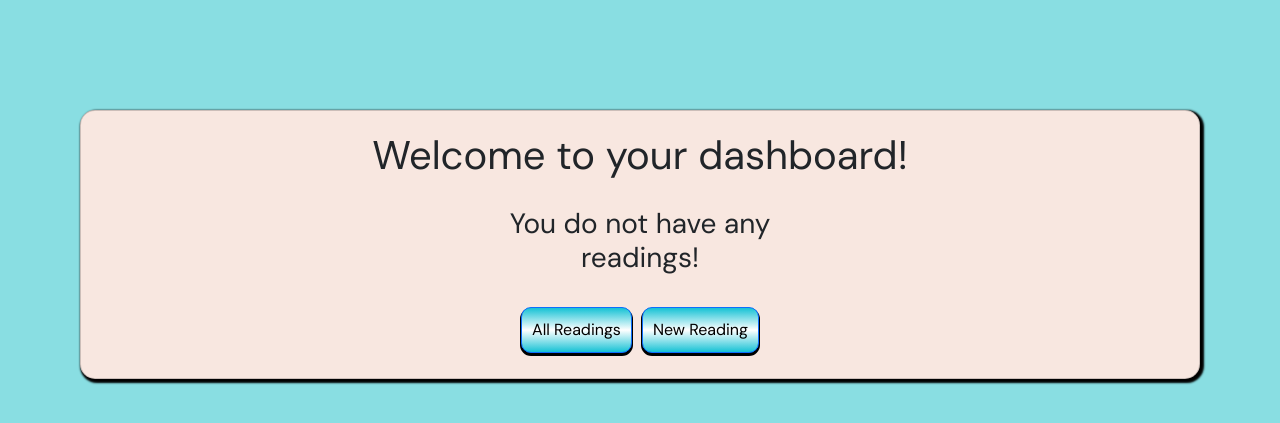
Repository: aiodell/my-glucose-checkup
Page: /dashboard (app in client/)
These files come from the project's save history. The page is drawn as it stood at one moment and after the next save; the edit follows.
The browser window is 1280 px wide. The pictures show the whole page.
The page's requests for data from a server got no answer. The project was rebuilt for these pictures with package versions that can differ from the ones it lists, and the page was loaded fresh each time. No one was signed in, and anything a server would have sent is missing. Also part of the build but not shown: client/src/components/Login.js, client/src/components/Signup.js, client/src/components/AllReadings.js, client/src/components/NewReading.js, client/src/components/Home.js, client/src/components/BglUpdateForm.js, client/src/components/BglEventDetails.js, client/src/components/NewBglEvent.js and 8 more.

Above is the page before, as saved 2022-10-06 07:08:43.

### client/src/index.js
import React from 'react';
import ReactDOM from 'react-dom/client';
import {BrowserRouter as Router} from "react-router-dom";
import 'bootstrap/dist/css/bootstrap.min.css';
import App from './App';

const root = ReactDOM.createRoot(document.getElementById('root'));
root.render(
  <React.StrictMode>
  <Router>
    <App />
  </Router>
  </React.StrictMode>
);

### client/src/App.js
import { useState, useEffect } from "react"
import { Switch, Route, useHistory } from "react-router-dom"
import NavBar from "./components/NavBar"
import Login from "./components/Login"
import Signup from "./components/Signup"
import Dashboard from "./components/Dashboard"
import AllReadings from "./components/AllReadings"
import NewReading from "./components/NewReading"
import Home from "./components/Home"
import BglEventDetails from "./components/BglEventDetails"
import NewBglEvent from "./components/NewBglEvent"
import Events from "./components/Events"
import UserProfile from "./components/UserProfile"
import CreateProfile from "./components/CreateProfile"
import AllUsers from "./components/AllUsers"
import './styles.css'

const App = () => {
  const [currentUser, setCurrentUser] = useState("")
  const [readings, setReadings] = useState([])
  const [events, setEvents] = useState([])
  const [users, setUsers] = useState([])
  const [following, setFollowing] = useState([])
  const history = useHistory()

  useEffect( () => {
    fetch(`/auto-login`)
    .then((r) => {
      if (r.ok) {
        r.json().then((user) => setCurrentUser(user))
      }else{
        history.push("/login")
      }
    })
  }, [ ])

	useEffect(() => {
		fetch("/events")
		.then((r) => r.json())
		.then(setEvents)
	}, [])

  useEffect(() => {
		fetch("/bgls")
		.then((r) => r.json())
		.then(setReadings)
	}, [])

  useEffect(() => {
    fetch("/users")
    .then((r) => r.json())
    .then(setUsers)
  }, [])

  useEffect(() => {
    fetch("/relationships")
    .then((r) => r.json())
    .then(setFollowing)
  }, [])

  const updateUser = (user) => setCurrentUser(user)

  const addNewReading = (newReading) => {setReadings(readings => [...readings, newReading])}

  const deleteReading = (deletedReading) => {
    setReadings((readings) => readings.filter((reading) => reading.id !== deletedReading))
  }

  const deleteEvent = (deletedEvent) => {
    setEvents((events) => events.filter((event) => event.id !== deletedEvent))
  }

  const updateBgl = (updatedBgl) => {
    setReadings((readings) => readings.map(bgl => bgl.id === updatedBgl.id ? updatedBgl : bgl))
  }

  // add follower to list
  const addNewFollow = (newFollow) => {
    setFollowing(following => [...following, newFollow])
    const copyOfCurrentUser = {...currentUser}
    copyOfCurrentUser.followees.push(newFollow)
    setCurrentUser(copyOfCurrentUser)
  }

  // delete follower from the list
  const deleteFollow = (deletedFollow) => {
    setFollowing((following) => following.filter((following) => following.id !== deletedFollow))
  }

  const removeCurrentFollowing = (deletedFollowee) => {
    const copyOfCurrentUser = {...currentUser}
    copyOfCurrentUser.followees = copyOfCurrentUser.followees.filter(followee => followee.followee_id !== deletedFollowee.followee_id)
    setCurrentUser(copyOfCurrentUser)
  }

   return (
   <div>
    <NavBar
      currentUser = {currentUser}
      updateUser = {updateUser}
    />
    <Switch>
      <Route exact path = "/login">
        <Login updateUser = {updateUser}/>
      </Route>
      <Route exact path = "/signup">
        <Signup />
      </Route>
      <Route exact path = "/dashboard">
        <Dashboard
        currentUser = {currentUser}
        readings = {readings}
        setReadings = {setReadings}
        following = {following}  // will be used to display the highs and lows of a user being followed
        users = {users}
        />
      </Route>
      <Route exact path= "/bgls/all">
        <AllReadings
        readings = {readings}
        setReadings = {setReadings}
        />
      </Route>
      <Route exact path= "/bgls/new">
        <NewReading addNewReading= {addNewReading} />
      </Route>
      <Route exact path= "/bgls/:id/">
        <BglEventDetails
          updateBgl = {updateBgl}
          deleteReading= {deleteReading}
          readings = {readings}
        />
      </Route>
      <Route exact path="/bgls/:id/bgl_events/new">
        <NewBglEvent events= {events}/>
      </Route>
      <Route exact path="/events">
        <Events
          deleteEvent = {deleteEvent}
          events = {events}
          setEvents = {setEvents}
        />
      </Route>
      <Route exact path= "/me">
        <UserProfile
        currentUser = {currentUser}
        users = {users}
        />
      </Route>
      <Route exact path = "/create-profile">
        <CreateProfile />
      </Route>
      <Route exact path= "/users">
        <AllUsers
        currentUser = {currentUser}
        users = {users}
        addNewFollow = {addNewFollow}
        deleteFollow = {deleteFollow}
        removeCurrentFollowing ={removeCurrentFollowing}
        />
      </Route>
      <Route exact path="/">
        <Home
        currentUser = {currentUser}
        setCurrentUser = {setCurrentUser}/>
      </Route>
    </Switch>
   </div>
  )
}

export default App;

### client/src/components/NavBar.js
import { useHistory, NavLink } from 'react-router-dom'
import Container from "react-bootstrap/Container"
import Nav from 'react-bootstrap/Nav';
import Navbar from 'react-bootstrap/Navbar';
import '../styles.css';

const NavBar = ({updateUser, currentUser}) => {
	const history = useHistory()

	// log out only available when logged in
	const handleLogout = (e) => {
		fetch(`/logout`, {
			method: 'DELETE'
		})
		.then(() => {
			updateUser("")
			history.push('/')
		})
	}

	return(
		<>
		{currentUser ?
			<Navbar bg="dark" variant="dark" expand="lg">
			<Container className="nav-bar">
				<Navbar.Brand>My Glucose Checkup</Navbar.Brand>
				<Navbar.Toggle aria-controls="basic-navbar-nav" />
				<Navbar.Collapse id="basic-navbar-nav"></Navbar.Collapse>
					<Nav className="me-auto">
						<NavLink className="nav-link" to="/dashboard">
							<Nav.Item>Dashboard</Nav.Item>
						</NavLink>
						<NavLink className="nav-link" to="/bgls/all">
							<Nav.Item>My BGLs</Nav.Item>
						</NavLink>
						<NavLink className="nav-link" to="/bgls/new">
							<Nav.Item>New Reading</Nav.Item>
						</NavLink>
						<NavLink className="nav-link" to="/me">
							<Nav.Item>My Account</Nav.Item>
						</NavLink>
						<NavLink className="nav-link" to="/users">
							<Nav.Item>All Users</Nav.Item>
						</NavLink>
						<Nav.Link onClick={handleLogout}>Logout</Nav.Link>
					</Nav>
			</Container>
		</Navbar> : null }
		</>
	)
}

export default NavBar

### client/src/components/Dashboard.js
import { useState, useEffect } from "react"
import {useHistory, Link, NavLink } from "react-router-dom"
import Container from "react-bootstrap/Container"
import Card from "react-bootstrap/Card"
import Button from "react-bootstrap/Button"
import Col from 'react-bootstrap/Col';
import Row from 'react-bootstrap/Row';

const Dashboard = ({currentUser}) => {
	const[readings, setReadings] = useState([])
	const[errors, setErrors] = useState([])
	const history= useHistory()

	// get the bgls for the user
	useEffect(() => {
		fetch("/bgls")
		.then(r => {
			if(r.ok){
				r.json().then(data => setReadings(data))
			}else{
				r.json().then(data => {
					setErrors(data.errors)
					history.push("/login")
				})
			}
		})
	}, [ ])

	// sort the highest, lowest, and most current value
	const lowestValue = [...readings].sort((a,b) => a.value - b.value)
	const highestValue = [...readings].sort((a,b) => b.value - a.value)
	const highestId =[...readings].sort((a,b) => b.id - a.id)

	const average = (arr) => {
		const { length } = arr
		return arr.reduce((acc, val) => {
			return acc + (val.value/length)
		}, 0)
	}

	const renderAverage = parseInt(average(readings))

	const renderLowest = lowestValue.slice(0,1).map((num) => {
		return(
			<div>
				<h2 key={num.id}> Lowest: {num.value}</h2>
			<Link to= {`/bgls/${num.id}`} className="small-link"> View Details</Link>
			</div>
		)
	})

	const renderHighest = highestValue.slice(0,1).map((num)=> {
		return(
			<div>
				<h2 key={num.id}> Highest: {num.value}</h2>
				<Link to= {`/bgls/${num.id}`} className="small-link"> View Details</Link>
			</div>
		)
	})

	const renderCurrent = highestId.slice(0,1).map((num) => {
		return(
		<>
			<Card className="current-bgl">
				<Card.Body as="h1" key={num.id}> {num.value} </Card.Body>
			</Card>
			<Link to= {`/bgls/${num.id}`} className="small-link"> View Details</Link>
		</>
		)
	})

	// will return a dashboard alongside any highs and lows of followed users
	return(
		<Container className="container-style">
			{errors ? errors.map(e => <section>{e}</section>):null}
			<Card className="dash-container">
				{currentUser.first_name ? <h1 className="dash-title">
					Welcome to your dashboard, {currentUser.first_name} </h1>
					: <h1>Welcome to your dashboard!</h1> }
				{currentUser.admin ?
				<>
					<Row>
						<p>You are in admin mode</p>
							{renderCurrent}
					</Row>
						<Row className="low-high-avg">
							<Col>{renderLowest}</Col>
							<Col>
								{renderAverage === 0 ? <h3> You do not have any readings!</h3> :
								 	<h2> Average: {renderAverage}</h2>
								 }
							</Col>
							<Col>{renderHighest}</Col>
						</Row>
						<div>
							<NavLink to="/events">
								<Button className="btns" >All Events</Button>
							</NavLink>
							<NavLink to="/bgls/all">
								<Button className="btns">All Test Readings</Button>
							</NavLink>
							<NavLink to="/bgls/new">
								<Button className="btns">New Test Reading</Button>
							</NavLink>
						</div>
						<div>
							{/* Add updates from followed users here */}
						</div>
				</> :
				<>
					<Row>
						{renderCurrent}
					</Row>
						<Row className="low-high-avg">
							<Col>{renderLowest}</Col>
							<Col>
								{renderAverage === 0 ? <h3> You do not have any readings!</h3> :
								 	<h2> Average: {renderAverage}</h2>
								}
							</Col>
							<Col>{renderHighest}</Col>
						</Row>
						<div>
							<NavLink to="/bgls/all">
								<Button className="btns">All Readings</Button>
							</NavLink>
							<NavLink to="/bgls/new">
								<Button className="btns">New Reading</Button>
							</NavLink>
						</div>
				</> }
			</Card>
		</Container>
	)
}

export default Dashboard

### client/src/styles.css
@import url('https://fonts.googleapis.com/css2?family=DM+Sans&display=swap');
@import url('https://fonts.googleapis.com/css2?family=Carter+One&family=DM+Sans&display=swap');

body {
  font-family: 'DM Sans', sans-serif;
  background-color:	#89dee2;
  margin: 0px;
}

/*Universal */
.btns {
  background-image: linear-gradient(#16c2d5, #ffffff,#16c2d5);
  color: rgb(0, 0, 0);
  padding: 10px;
  margin: 5px;
  text-align: center;
  border-radius: 10px;
  box-shadow: 0px 2px 0px 1px black;
  text-decoration: none;
}

.container-style{
  text-align: center;
  padding: 10px;
  position: relative;
}

.navbar-brand{
  font-family: 'Carter One', cursive;
  font-size: 2rem;
  text-align:left
}

/*Home Page */
.Home {
  text-align: center;
}

.home-background {
  background-color: #88c7b2;
  min-height: 100vh;
  display: flex;
  flex-direction: column;
  align-items: center;
  justify-content: center;
  font-size: calc(10px + 2vmin);
  color: white;
}

.welcome {
  font-family: 'Carter One', cursive;
  text-shadow: 2px 2px black;
  text-align: center;
}

.home-btn-div {
  align-content: center;
}

/*Forms */
.form-style{
  margin-top: 100px;
  border-radius: 20px;
  box-shadow: 0px 2px 0px 1px black;
  background-image: linear-gradient(#67eabe, #ffffff);
  color: rgb(0, 0, 0);
}
.title{
  padding: 20px;
  position: relative;
}

/*Dashbord */
.dash-container{
  margin-top: 100px;
  padding: 20px;
  background: #f8e7e0;
  box-shadow: 2px 2px 2px 2px black;
  border-radius: 15px;
  position: relative;
}

.current-bgl{
  border-radius: 50%;
  height: 150px;
  width: 150px;
  vertical-align: middle;
  left: 44%;
  position: relative;
  box-shadow: 2px 2px 2px 2px black;
}

.current-txt{
  text-align: center;
  font-size: 4rem;
  padding-top: 40px;
  padding-left: 5px;
  position: relative;
}

.low-high-avg{
  padding: 20px;
  position: relative;
}

.dash-title{
  font-family: 'Carter One', cursive;
  text-shadow: 2px 2px 2px black;
  color: white
}

/*Events */

.list{
  list-style: none;
  padding: 5px;
  font-size: 150%;
}

.event-container-style{
  text-align: center;
  padding: 10px;
  position: relative;
  margin: 5px;
}

.delete-btn{
  background-image: linear-gradient(#67eabe, #ffffff);
  color: rgb(0, 0, 0);
  padding: 5px;
  margin: 5px;
  text-align: center;
  box-shadow: 0px 2px 0px 1px black;
  text-decoration: none;
}
.event-card{
  vertical-align: middle;
  left: 39%;
  position: relative;
}

/*All bgls*/
.all-bgl-container-style{
  align-content: center;
  margin-top: 20px;
  text-align: center;
  display: relative;
  position:relative;
  max-width: 50%;
}

.link-text-style{
  text-decoration: none;
}

.pages {
  display: flex;
  justify-content: center;
  margin-top: 20px;
}

.bgl-card{
  margin: 10px;
  text-decoration: none;
  color: black;
  box-shadow: 0px 2px 0px 2px black;
}

.card-title{
  font-size: 150%;
}

.search {
  width: 50%;
  text-align: center;

  position: relative;
  display: block;
  margin: auto;
  padding: 2rem;
}

.searchTerm {
  text-align: center;
  width: 100%;
  border: 3px solid #004e59;
  padding: 5px;
  height: 3rem;
  border-radius: 5px;
  outline: none;
  font-size: 1.5rem;
}

/* Profile Completion Form */
.form-title{
  text-align: center;
  margin-top: 15px;
}

.profile-completion{
  text-align: center;
  padding: 15px;
  margin: 10px;
  box-shadow: 1px 2px 0px 1px black;
  background-image: linear-gradient(#eaeaea, #ffffff);
  color: rgb(0, 0, 0);
}

.profile-label{
  margin-bottom: 5px;
  margin-top: 10px;
}

.form-check{
  margin-top: 5px
}

/*profile container*/
.profile-container{
  align-content: center;
  margin-top: 20px;
  text-align: center;
  display: relative;
  position:relative;
  max-width: 50%;
}

Loaded but not shown: client/public/index.html (common file)

After the next save:
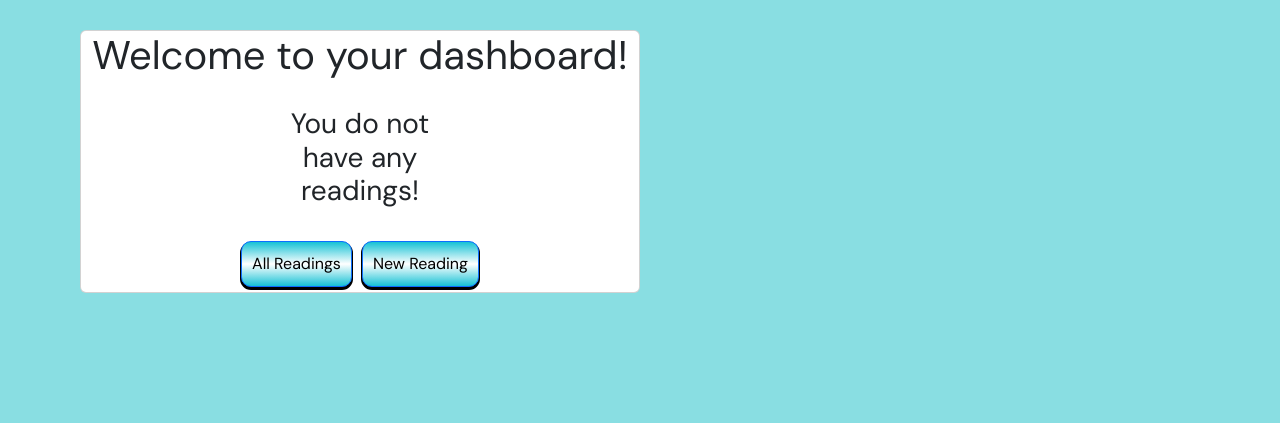
Saved 40 s later.
--- a/client/src/styles.css
+++ b/client/src/styles.css
@@ -72,12 +72,19 @@
 
 /*Dashbord */
 .dash-container{
-  margin-top: 100px;
+  /* margin-top: 100px;
   padding: 20px;
   background: #f8e7e0;
   box-shadow: 2px 2px 2px 2px black;
   border-radius: 15px;
-  position: relative;
+  position: relative; */
+
+  align-content: center;
+  margin-top: 20px;
+  text-align: center;
+  display: relative;
+  position:relative;
+  max-width: 50%;
 }
 
 .current-bgl{

After the save that followed:
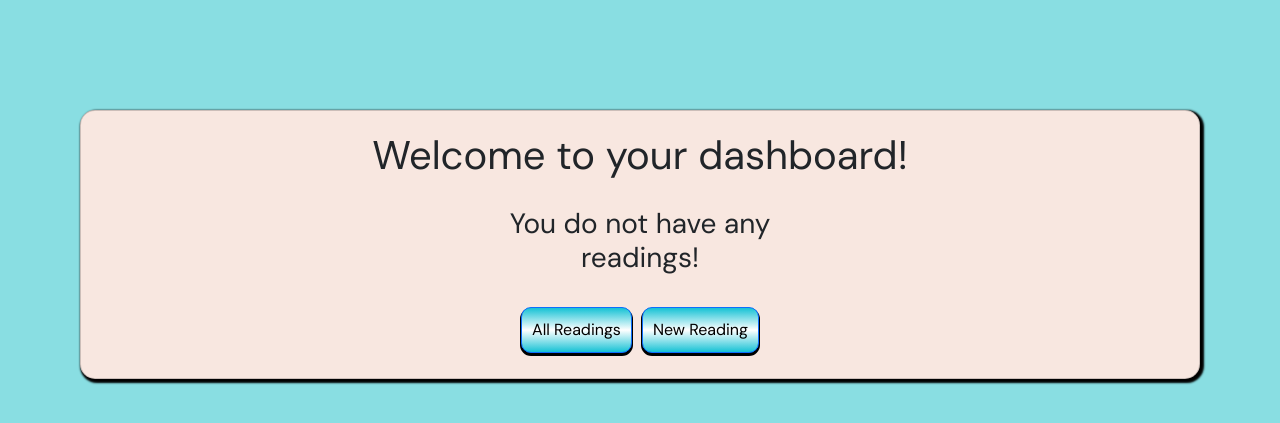
Saved 32 s later.
--- a/client/src/styles.css
+++ b/client/src/styles.css
@@ -72,29 +72,29 @@
 
 /*Dashbord */
 .dash-container{
-  /* margin-top: 100px;
+  margin-top: 100px;
   padding: 20px;
   background: #f8e7e0;
   box-shadow: 2px 2px 2px 2px black;
   border-radius: 15px;
-  position: relative; */
-
-  align-content: center;
-  margin-top: 20px;
-  text-align: center;
-  display: relative;
-  position:relative;
-  max-width: 50%;
+  position: relative;
 }
 
 .current-bgl{
-  border-radius: 50%;
+  /* border-radius: 50%;
   height: 150px;
   width: 150px;
   vertical-align: middle;
   left: 44%;
   position: relative;
-  box-shadow: 2px 2px 2px 2px black;
+  box-shadow: 2px 2px 2px 2px black; */
+
+  align-content: center;
+  margin-top: 20px;
+  text-align: center;
+  display: relative;
+  position:relative;
+  max-width: 50%;
 }
 
 .current-txt{
